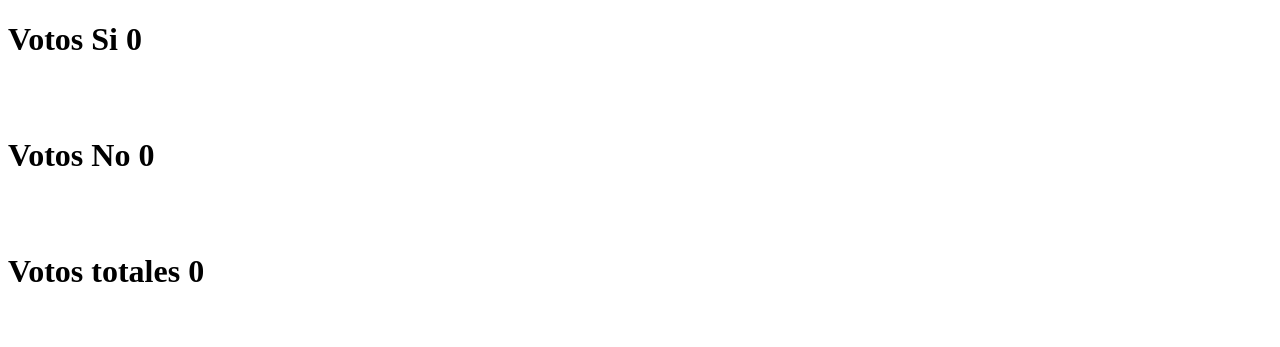
Repository: angegon/Developing-Applications-for-the-Java-EE-Platform
Page: http://localhost/19_votaciones/resultados.jsp
An editor plug-in stored every save of this project. The page is shown before and after the next save, followed by the edit.
The browser window is 1280 px wide. The pictures show the whole page.
The page is served by Tomcat 9. Other server files are loaded and not shown.

Above is the page before, as saved 2016-12-23 16:48:14.

### javaee/19_votaciones/WebContent/resultados.jsp
<%@ page language="java" contentType="text/html; charset=ISO-8859-1"
    pageEncoding="ISO-8859-1"%>
<!DOCTYPE html PUBLIC "-//W3C//DTD HTML 4.01 Transitional//EN" "http://www.w3.org/TR/html4/loose.dtd">
<html>
<head>
<meta http-equiv="Content-Type" content="text/html; charset=ISO-8859-1">
<title>Insert title here</title>
</head>
<body>

<%int resultadosSi=0, resultadosNo=0;

if ( application.getAttribute("contadorVotosSi")!=null && application.getAttribute("contadorVotosNo")!=null ){
	resultadosSi = (int) application.getAttribute("contadorVotosSi");
	resultadosNo = (int) application.getAttribute("contadorVotosNo");
}
  %>


<h1>Votos Si <%=resultadosSi%></h1>
</br>
</br>
<h1>Votos No <%=resultadosNo%></h1>

</br>
</br>
<h1>Votos totales <%=resultadosSi+resultadosNo %></h1>
</body>
</html>

After the next save:
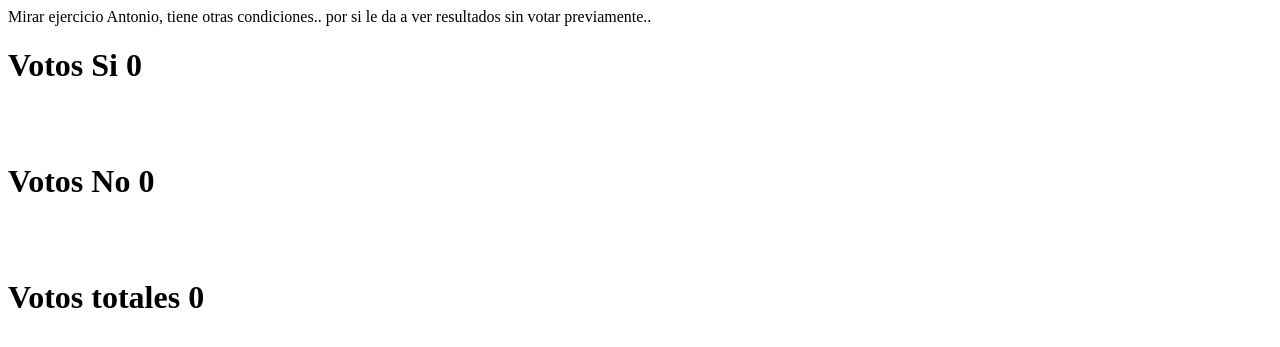
Saved 3 min 17 s later.
--- a/javaee/19_votaciones/WebContent/resultados.jsp
+++ b/javaee/19_votaciones/WebContent/resultados.jsp
@@ -13,11 +13,12 @@
 if ( application.getAttribute("contadorVotosSi")!=null && application.getAttribute("contadorVotosNo")!=null ){
 	resultadosSi = (int) application.getAttribute("contadorVotosSi");
 	resultadosNo = (int) application.getAttribute("contadorVotosNo");
+
 }
   %>
+Mirar ejercicio Antonio, tiene otras condiciones.. por si le da a ver resultados sin votar previamente..
 
-
-<h1>Votos Si <%=resultadosSi%></h1>
+<h1>Votos Si <%=resultadosSi*100%></h1>
 </br>
 </br>
 <h1>Votos No <%=resultadosNo%></h1>
